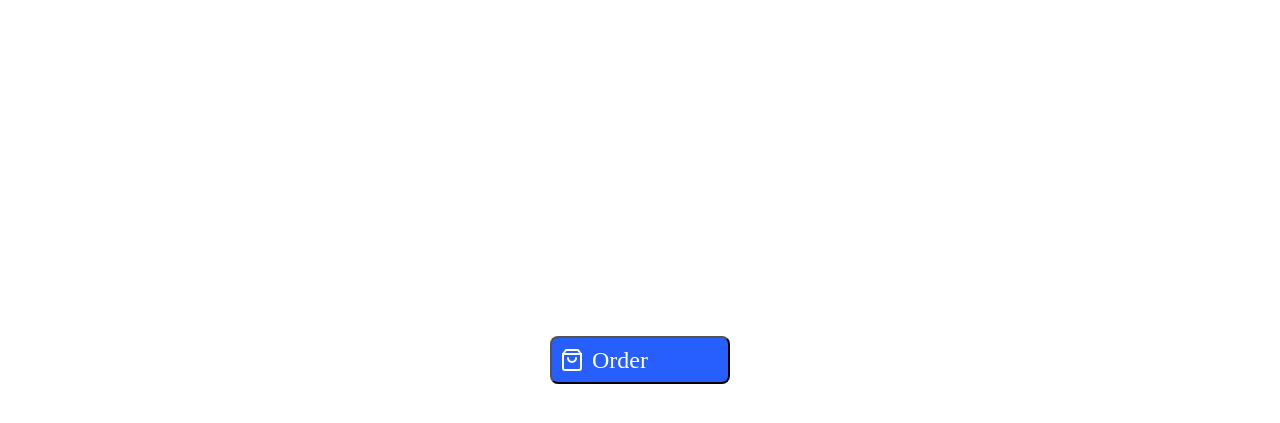
Repository: hjubsoni/hex-ocean-task
Page: /
These files come from the project's save history. The page is drawn as it stood at one moment and after the next save; the edit follows.
The browser window is 1280 px wide. The pictures show the whole page.
The project was rebuilt for these pictures with package versions that can differ from the ones it lists, and the page was loaded fresh each time. Also part of the build but not shown: vite.config.ts.

Above is the page before, as saved 2023-03-20 21:28:19.

After the next save:
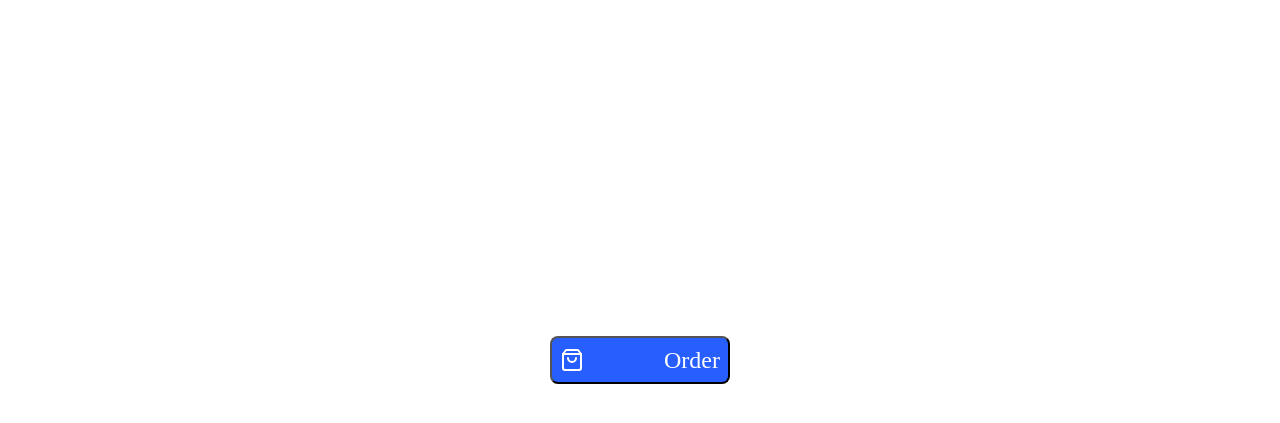
Saved 10 s later.
--- a/src/App.css
+++ b/src/App.css
@@ -20,6 +20,7 @@
 .order-button-text {
   font-size: 1.5rem;
   color: white;
+  margin-left: auto;
 }
 
 .icon-wrapper {
